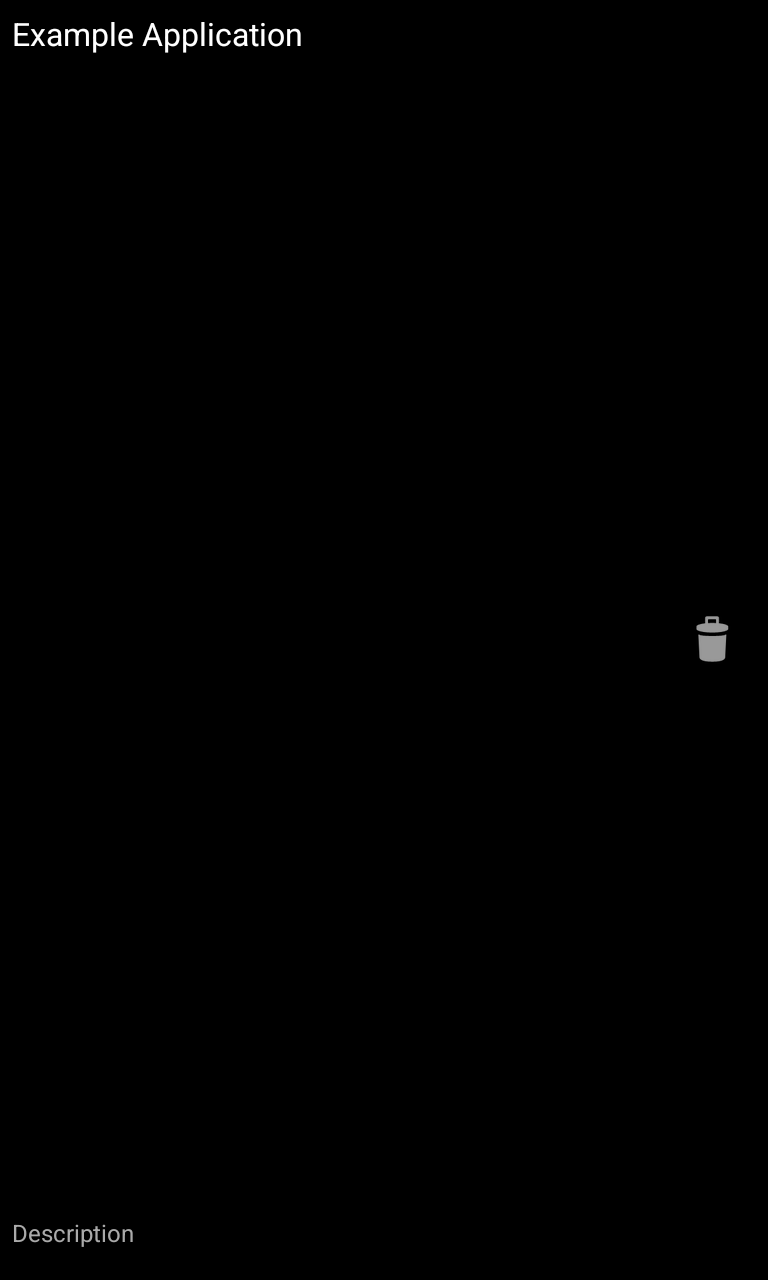
Repository: ohadsch/AwesomePlaylists
Layout: AwesomePlaylists/res/layout/activity_library.xml
An editor plug-in stored every save of this project. The layout is shown before and after the next save, followed by the edit.
It is drawn on a 768 x 1280 px phone screen (xhdpi) without system bars, with theme AppTheme; the app's code is not run.

Above is the layout before, as saved 2014-04-30 13:55:20.

### AwesomePlaylists/res/layout/activity_library.xml
<RelativeLayout xmlns:android="http://schemas.android.com/apk/res/android"
    android:layout_width="fill_parent"
    android:layout_height="?android:attr/listPreferredItemHeight"
    android:padding="6dip"
    android:background="@android:color/black">

    <TextView
        android:id="@+id/secondLine"
        android:layout_width="fill_parent"
        android:layout_height="26dip"
        android:layout_alignParentBottom="true"
        android:layout_alignParentLeft="true"
        android:layout_toRightOf="@+id/icon"
        android:ellipsize="marquee"
        android:singleLine="true"
        android:text="Description"
        android:textSize="12sp"
        android:textColor="@android:color/darker_gray" />

    <TextView
        android:layout_width="fill_parent"
        android:layout_height="wrap_content"
        android:layout_below="@id/secondLine"
        android:layout_alignParentLeft="true"
        android:layout_alignParentTop="true"
        android:layout_alignWithParentIfMissing="true"
        android:layout_toRightOf="@id/icon"
        android:gravity="center_vertical"
        android:text="Example Application"
        android:textSize="16sp"
        android:textColor="@android:color/white" />

    <ImageView
        android:id="@+id/icon"
        android:layout_width="wrap_content"
        android:layout_height="fill_parent"
        android:layout_alignParentBottom="true"
        android:layout_alignParentTop="true"
        android:layout_alignParentRight="true"
        android:layout_marginRight="6dip"
        android:contentDescription="TODO"
        android:src="@android:drawable/ic_menu_delete"
        android:background="@android:color/black" />

</RelativeLayout>
































<!-- <ScrollView xmlns:android="http://schemas.android.com/apk/res/android"
    android:layout_width="fill_parent" android:layout_height="fill_parent"
    android:background="@android:color/black">

<LinearLayout
    android:id="@+id/library_main_layout"
    android:layout_width="fill_parent"
    android:layout_height="fill_parent"
    android:orientation="vertical"
    android:background="@android:color/black"
    android:paddingLeft="15dp"
    android:paddingRight="15dp"
    android:paddingTop="30dp" >

    <LinearLayout
        android:layout_width="fill_parent"
        android:layout_height="wrap_content"
        android:orientation="horizontal">
        <TextView
            android:id="@+id/library_title"
	        android:layout_width="fill_parent"
	        android:layout_height="wrap_content"
	        android:text="@string/library_title"
	        android:textSize="@dimen/caption"
	        android:textColor="@android:color/white"
	        android:textStyle="bold"
			android:layout_weight=".50" />

        <ImageButton
            android:id="@+id/library_add_song_img"
            android:layout_width="wrap_content"
            android:layout_height="wrap_content"
            android:layout_weight=".50"
            android:src="@android:drawable/ic_menu_add"
            android:background="@android:color/black"
            android:contentDescription="@string/add_song_description" />
    </LinearLayout>
</LinearLayout>
</ScrollView>-->

### AwesomePlaylists/res/values/strings.xml
<?xml version="1.0" encoding="utf-8"?>
<resources>

    <string name="app_name">AwesomePlaylists</string>
    <string name="hello_world">Hello world!</string>
    <string name="action_settings">Settings</string>
    <string name="title_activity_library">LibraryActivity</string>
    <string name="title_activity_playlists">PlaylistsActivity</string>
    <string name="title_activity_play_it">PlayItActivity</string>
    <string name="title_activity_Settings">SettingsActivity</string>
    <string name="title_activity_add_edit_playlist">AddEditPlaylistActivity</string>

    <!--  Main Activity -->
    <string name="main_title">AwesomePlaylists!</string>

    <!-- Library Activity -->
    <string name="library_title">Library</string>
    <string name="song_name_template">Song</string>
    <string name="song_artist_template">Artist</string>
    <string name="delete_song_description">Remove this song</string>
    <string name="add_song_description">Add new song</string>

    <!-- Playlists Activity -->
    <string name="playlists_title">Playlists</string>
    <string name="add_playlist_description">Add new playlist</string>
    <string name="playlist_example_1">Running in gym</string>
    <string name="playlist_example_2">Driving to work</string>
    <string name="playlist_example_3">Another playlist...</string>
    <string name="edit_playlist_description">Edit</string>
    <string name="share_playlist_description">Share</string>
    <string name="delete_playlist_description">Delete</string>


    <string name="playlist_name">Playlist_name</string>

</resources>

### AwesomePlaylists/res/values/dimens.xml
<resources>

    <!-- Default screen margins, per the Android Design guidelines. -->
    <dimen name="activity_horizontal_margin">16dp</dimen>
    <dimen name="activity_vertical_margin">16dp</dimen>


    <dimen name="caption">24dp</dimen>
    <dimen name="big_text">18dp</dimen>
    <dimen name="medium_text">16dp</dimen>
    <dimen name="small_text">14dp</dimen>

</resources>

Loaded but not shown: AwesomePlaylists/res/values/styles.xml (common file); AwesomePlaylists/res/values-v11/styles.xml (common file); AwesomePlaylists/res/values-v14/styles.xml (common file)

After the next save:
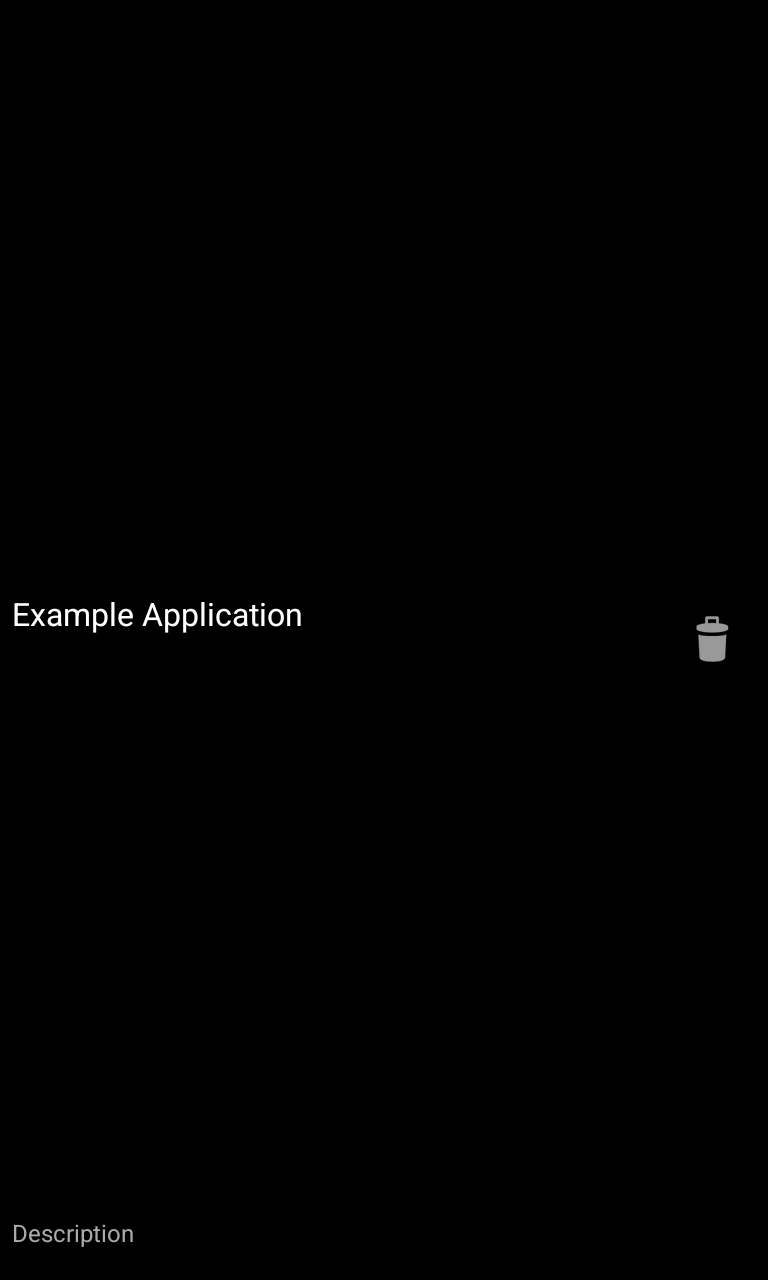
Saved 18 s later.
--- a/AwesomePlaylists/res/layout/activity_library.xml
+++ b/AwesomePlaylists/res/layout/activity_library.xml
@@ -20,7 +20,7 @@
     <TextView
         android:layout_width="fill_parent"
         android:layout_height="wrap_content"
-        android:layout_below="@id/secondLine"
+        android:layout_above="@id/secondLine"
         android:layout_alignParentLeft="true"
         android:layout_alignParentTop="true"
         android:layout_alignWithParentIfMissing="true"
